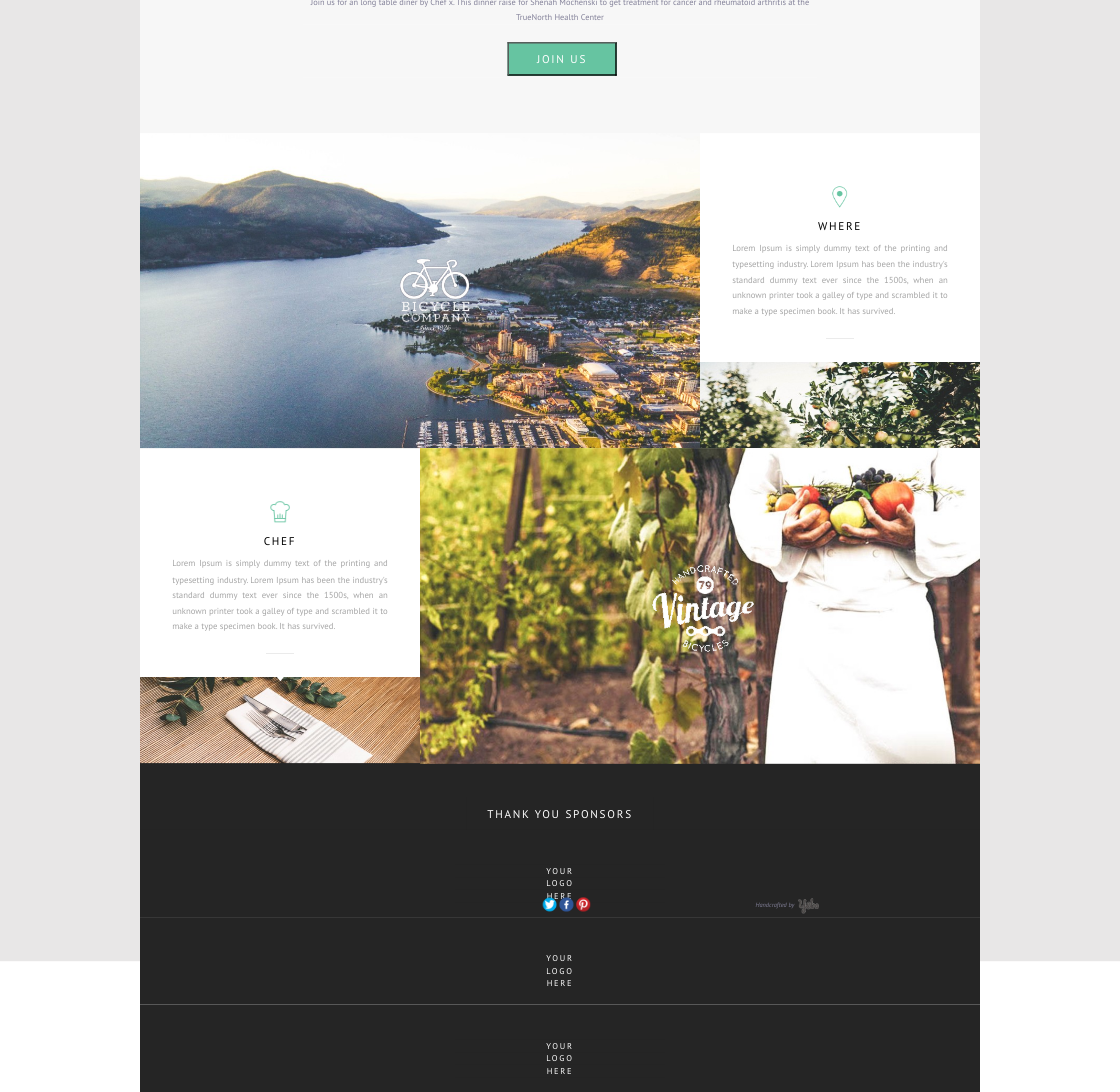
Repository: vancodes/longtable
Page: index.html
These files come from the project's save history. The page is drawn as it stood at one moment and after the next save; the edit follows.
The browser window is 1280 px wide. The page is 1600 px wide, so the pictures cover 1600 px, including what lies to the right of the window. The pictures show the part of the page from y = 983 to 2543 px (the page is 2543 px tall before and 2356 px after), at 70% of full size.

Above is the page before, as saved 2019-04-08 16:05:55.

### index.html
<!DOCTYPE html>
<html>

<head>
  <meta charset="utf-8">
  <link href="index.css" type="text/css" rel="stylesheet">
  <title>Long table</title>
</head>

<body>
  <div class="wrapper">
    <!--Intro Section-->
    <div class="topbar">
      <h1>
      <ul>
        <li><a href="#">About Us</a></li>
    	   <p>.</p>
        <li><a href="#">Info</a></li>
        <li><a href="#"><img src="assets\logo.png" alt="logo"></a></li>
        <li><a href="https://www.gofundme.com/breast-lung-and-melanoma-cancer">Donate</a></li>
    	   <p>.</p>
        <li><a href="#">Contact</a></li>
      </ul>
    </h1>
    </div>
    <div class="hero">
      <img src="assets/cover.jpg" alt="">
    </div>
    <!--Navigation Section-->
    <div class="main" align="center">
      <div class="first">
        <img src="assets\breast-cancer-icon.png" alt="bike chain">
        <h2>Long table dinner fundraiser</h2>
        <h4>When: TBD Kelowna</h4>
        <h4>Where: TBD Summer 2019</h4>
        <p>Join us for an long table diner by Chef x. This dinner raise for Shenah Mochenski to get treatment for cancer and rheumatoid arthritis at the TrueNorth Health Center</p>
        <div class="email-container">
            <button>Join us</button>
          </div>
      </div>
      <!--Image Section-->
      <div class="bike-images">
        <div class="first-container">
          <div class="first-left">
            <div id="bike-logo">
              <img src="assets/bike.png" alt="bike logo">
            </div>
            <div id="logo">
              <img src="assets/bicycle-company-logo.png" alt="company logo">
            </div>
            <div id="vintage-left">
              <img src="assets\bike-1.jpg" alt="bike handle">
            </div>
          </div>
          <div class="first-right">
            <div class="location">
              <img src="assets\location-icon.png" alt="frame icon">
            </div>
            <div id="vintage-text">
              <h3>WHERE</h3>
              <p>Lorem Ipsum is simply dummy text of the printing and typesetting industry. Lorem Ipsum has been the industry's standard dummy text ever since the 1500s, when an unknown printer took a galley of type and scrambled it to make a type specimen
                book. It has survived.</p>
            </div>
            <div class="divider-line"></div>
            <div id="first-vintage-seat">
              <img img src="assets\seat.jpg" alt="bike seat">
            </div>
            <div class="arrow-down"></div>
          </div>
        </div>
        <div class="second-container">
          <div class="second-left">
            <div class="chef">
              <img src="assets\chef-icon.png" alt="chef icon">
            </div>
            <div id="vintage-text">
              <h3>CHEF</h3>
              <p>Lorem Ipsum is simply dummy text of the printing and typesetting industry. Lorem Ipsum has been the industry's standard dummy text ever since the 1500s, when an unknown printer took a galley of type and scrambled it to make a type specimen
                book. It has survived.</p>
            </div>
            <div class="divider-line"></div>
            <div id="second-chef">
              <img src="assets\chef-2.jpg" alt="vintage bike seat">
            </div>
            <div class="arrow-down"></div>
          </div>
          <div class="second-right">
            <div id="vintage-logo">
              <img src="assets\vintage-logo.png" alt="vintage bike logo">
            </div>
            <div id="chef">
              <img src="assets\chef.jpg" alt="chef">
            </div>
          </div>
        </div>
        <!--<div class="retro-container">
          <div class="retro-left">
            <div id="retro-logo">
              <img src="assets/bicycle-logo.png" alt="Since 1962 logo">
            </div>
            <div id="retro-bike">
              <img src="assets\bike-rail.jpg" alt="bike rail">
            </div>
          </div>
          <div class="retro-middle">
            <div class="steering">
              <img src="assets\steering-icon.png" alt="steering icon">
            </div>
            <div id="vintage-text">
              <h3>Retro Bike - M. Hulot</h3>
              <p>Lorem Ipsum is simply dummy text of the printing and typesetting industry. Lorem Ipsum has been the industry's standard dummy text ever since the 1500s, when an unknown printer took a galley of type and scrambled it to make a type specimen
                book. It has survived.</p>
            </div>
            <div class="divider-line"></div>
            <div class="arrow-down"></div>
            <div id="retro-rail">
              <img src="assets\mavic.jpg" alt="vintage bike seat">
            </div>
          </div>
          <div class="retro-right">
            <div id="retro-bike-right">
              <img src="assets\bike-2.jpg" alt="retro bike">
            </div>
          </div>
        </div>
      </div>-->
      <!--Social Section-->
      <!--<div class="main" align="center">
        <div class="last">
          <img src="assets\twitter-icon.png" alt="Twitter icon"><br>
          <span>AOD New York @aod</span>
          <span class="twitter-time"> / 35 min</span >
            <p>Lorem ipsum dolor sit amet, consectetur adipiscing elit. Sed ut tellus ac nulla semper rhoncus. Nullam a odio porttitor, dictum turpis vitae, pretium ante amet.</p>
          </div>
      </div>-->
<!--slider-->
    <!--<div class="slider">
      <span class="dotfirst"></span>
          <span class="dot"></span>
          <span class="dot"></span>
        </div>-->
        <!--Photo Collage-->
        <!--
        <div class="bottom-container">
          <div class="bottom-left">
            <div id="image-one">
              <img src="assets\bottom-image-1.jpg" alt="">
            </div>
            <div id="image-one">
              <img src="assets\bottom-image-2.jpg" alt="">
            </div>
            <div id="brooks-seat">
              <img src="assets\brooks-seat.png" alt="">
            </div>
          </div>
          <div class="bottom-middle">
            <div id="image-three">
              <img src="assets\bottom-image-3.jpg" alt="">
            </div>
            <div id="image-three">
              <img src="assets\bottom-image-4.jpg" alt="">
            </div>
          </div>
          <div class="bottom-right">
            <div id="bottom-bike-logo">
              <img src="assets/bike.png" alt="bike logo">
            </div>
            <div class="bottom-text">
              <p>shop now</p>
            </div>
            <div id="image-five">
              <img src="assets\bottom-image-5.jpg" alt="">
            </div>
            <div id="image-five">
              <img src="assets\bottom-image-6.jpg" alt="">
            </div>
          </div>
        </div> -->
        <div class="discover-container">
          <div class="discover-text">
            <button>Thank You Sponsors</button>
          </div>
          <div class="sponsor-bar">
          <div class="sponsor-logo">
            <p>YOUR</p>
            <p>LOGO</p>
            <p>HERE</p>
          </div>
          <div class="sponsor-logo">
              <p>YOUR</p>
              <p>LOGO</p>
              <p>HERE</p>
            </div>
          <div class="sponsor-logo">
                <p>YOUR</p>
                <p>LOGO</p>
                <p>HERE</p>
           </div>
           </div>
      </div>
        </div>
      </div>
      <div class="main" align="center">
        <div class="footer-container">
          <div class="footer-left">
            <span>AOD New York</span>
            <span class="footer-text">
      <p>2250 Lexington Avenue</p>
      <p>New York, NY 10035 - info@domain.com</p>
      </span >
      </div>
      <div class="footer-middle">
        <img src="assets\twitter.png" alt="twitter icon">
        <img src="assets\facebook.png" alt="facebook icon">
        <img src="assets\pinterest.png" alt="pinterest icon">
      </div>
      <div class="footer-right">
        <span class="footer-right-text">
          <p>Handcrafted by</p>
        </span>
            <img src="assets\yebo-logo.png" alt="yebo logo">
          </div>
        </div>
      </div>
      <!--end-->
    </div>
</body>
</html>

### index.css
/* http://meyerweb.com/eric/tools/css/reset/
   v2.0 | 20110126
   License: none (public domain)
*/

html, body, div, span, applet, object, iframe, h1, h2, h3, h4, h5, h6, p, blockquote, pre, a, abbr, acronym, address, big, cite, code, del, dfn, em, img, ins, kbd, q, s, samp, small, strike, strong, sub, sup, tt, var, b, u, i, center, dl, dt, dd, ol, ul, li, fieldset, form, label, legend, table, caption, tbody, tfoot, thead, tr, th, td, article, aside, canvas, details, embed, figure, figcaption, footer, header, hgroup, menu, nav, output, ruby, section, summary, time, mark, audio, video {
  margin: 0;
  padding: 0;
  border: 0;
  font-size: 100%;
  font: inherit;
  vertical-align: baseline;
}

/* HTML5 display-role reset for older browsers */

article, aside, details, figcaption, figure, footer, header, hgroup, menu, nav, section {
  display: block;
}

body {
  line-height: 1;
}

ol, ul {
  list-style: none;
}

blockquote, q {
  quotes: none;
}

blockquote:before, blockquote:after, q:before, q:after {
  content: '';
  content: none;
}

table {
  border-collapse: collapse;
  border-spacing: 0;
}

/*  fonts */

@font-face {
  font-family: PtSansWebBold;
  src: url(font/pt_sans-web-bold.ttf);
}

@font-face {
  font-family: PtSansWebBoldItalic;
  src: url(font/pt_sans-web-bolditalic.ttf);
}

@font-face {
  font-family: PtSansWebItalic;
  src: url(font/pt_sans-web-italic.ttf);
}

@font-face {
  font-family: PtSansWebRegular;
  src: url(font/pt_sans-web-regular.ttf);
}

body {
  font-family: PtSansWebRegular;
}

h1 {
  font-family: PtSansWebBold;
  font-size: 12px;
  text-transform: uppercase;
  letter-spacing: 2px;
}

h2 {
  font-family: PtSansWebBold;
  letter-spacing: 2.5px;
  text-transform: uppercase;
  text-align: center;
  line-height: 2.5em;
}

h3 {
  font-family: PtSansWebBold;
  letter-spacing: 2.5px;
  text-transform: uppercase;
  text-align: center;
  font-size: 12px;
  line-height: 2.5em;
}

h3 {
  font-family: PtSansWebRegular;
  letter-spacing: 2.5px;
  text-transform: uppercase;
  text-align: center;
  line-height: 2.5em;
  font-size: 16px;
}

h4 {
  font-family: PtSansWebRegular;
  font-size: 13px;
  text-transform: uppercase;
  letter-spacing: 2px;
  line-height: 2.1em;
}


p {
  font-family: PtSansWebRegular;
  font-size: 12px;
  color: #838199;
  text-align: center;
  line-height: 1.8em;
}

.bike-images p {
  font-family: PtSansWebRegular;
  font-size: 12.5px;
  color: #a5a5a5;
  text-align: justify;
  line-height: 1.8em;
}

.last span {
  font-family: PtSansWebBold;
  display: inline;
  font-size: 12px;
  text-align: center;
  line-height: 2.8em;
  letter-spacing: 1.5px;
}

.last .twitter-time {
  font-family: PtSansWebRegular;
  font-size: 12px;
  text-align: center;
  letter-spacing: 1.5px;
  color: #b2b1bd;
  padding-left: 6px;
}

.last p {
  font-family: PtSansWebItalic;
  font-size: 14px;
  color: #838199;
  text-align: center;
  line-height: 1.8em;
  padding: 0 55px;
}

.bottom-text p {
  font-family: PtSansWebRegular;
  letter-spacing: 2.5px;
  text-transform: uppercase;
  text-align: center;
  line-height: 2.5em;
  font-size: 12px;
  color: #fff;
}

.saddle-text p {
  font-family: PtSansWebItalic;
  font-size: 16px;
  text-align: center;
  letter-spacing: 0.5px;
  color: #838199;
  padding-left: 6px;
  margin-bottom: 20px;
}

/*  wrapper */

.wrapper {
  padding: 0 200px;
  width: 1200px;
  margin: 0 auto;
  background-color: #e8e7e7;
}

/* intro section */

.hero img {
  width: 100%;
}

.topbar {
  position: absolute;
  padding: 0px 317px;
  margin-top: 23px;
}

.topbar ul {
  width: 590px;
  margin: 0 auto;
}

.topbar li {
  display: inline-block;
  padding: 0 20px;
  float: left;
  position: relative;
  top: 52px;
  transform: translateY(-50%);
}

.topbar li a {
  text-decoration: none;
  color: #4D4B56;
}

.topbar li a img {
  width: 75px;
}

.hero img {
  vertical-align: bottom;
  width: 100%;
  padding-top: 150px;
  background-color: #F7F7F7
}

.topbar li a:hover {
  text-decoration: none;
  color: #ff000069;
}

.topbar p {
  padding: 0 20px;
  float: left;
  position: relative;
  top: 52px;
  transform: translateY(-50%);
  font-family: PtSansWebBold;
}

/* navigation section */

.main {
  background-color: #F7F7F7
}

.first {
  color: #4D4B56;
  padding: 80px 150px 80px 150px;
  max-width: 736px;
}

.first img {
  padding: 0px 46px;
}

/* bike images */

img {
  padding: 0;
  margin: 0;
}

.bike-images {
  background-color: #FFFF;
  position: relative;
}

.first-container {
  vertical-align: bottom;
  display: table;
}

.first-left {
  width: 800px;
  display: table-cell;
  vertical-align: bottom;
}

.first-right {
  display: table-cell;
  vertical-align: bottom;
  width: 400px;
}

#first-vintage-seat img {
  width: 400px;
  height: 123px;
  float: left;
}

#bike-logo img {
  width: 100px;
  position: absolute;
  margin-top: 179px;
  transform: translatex(-29%);
}

#logo img {
  width: 100px;
  position: absolute;
  margin-top: 240px;
  transform: translateX(-26%);
}

#vintage-left img {
  float: left;
  margin: auto;
  width: 800px;
}

.location img {
  width: 30px;
  margin-bottom: 5px;
}

#vintage-text {
  height: 162px;
  margin-bottom: 18px;
  overflow: hidden;
}

#vintage-text p {
  padding: 0px 46px;
}

.divider-line {
  height: 1px;
  background-color: #e2e2e2;
  margin: 0px 180px 33px;
}

.arrow-down {
  width: 0px;
  height: 0px;
  border-left: 5px solid transparent;
  border-right: 5px solid transparent;
  border-top: 6px solid #FFFF;
  position: absolute;
  transform: translateX(1955%);
}

.second-container {
  vertical-align: bottom;
  display: table;
}

#second-chef img {
  width: 400px;
  height: 123px;
  float: left;
  margin-bottom: -1.6px;
}

.second-left {
  width: 333px;
  display: table-cell;
  vertical-align: bottom;
}

.chef img {
  width: 30px;
  margin-bottom: 5px;
}

#chef img {
  float: right;
  width: 800px;
  vertical-align: bottom;
  margin-bottom: -2px;
}

.second-right {
  display: table-cell;
  vertical-align: bottom;
  width: 656px;
}

#vintage-logo img {
  width: 145px;
  position: absolute;
  margin-top: 167px;
  transform: translateX(-47%);
}

.retro-container {
  vertical-align: bottom;
  display: table;
}

.retro-left {
  display: table-cell;
  vertical-align: bottom;
  width: 333px;
}

.retro-middle {
  width: 400px;
  display: table-cell;
  vertical-align: bottom;
}

.retro-right {
  display: table-cell;
  vertical-align: bottom;
  width: 400px;
}

#retro-logo img {
  width: 160px;
  position: absolute;
  margin-top: 197px;
  transform: translateX(-50%);
}

#retro-bike img {
  float: right;
  width: 400px;
  vertical-align: bottom;
}

#retro-bike-right img {
  float: right;
  width: 400px;
  vertical-align: bottom;
}

.steering img {
  height: 30px;
  margin-bottom: 5px;
}

#retro-rail img {
  width: 400px;
  height: 123px;
  vertical-align: bottom;
}

.bottom-container {
  vertical-align: bottom;
  display: table;
  margin-top: 14px;
}

.bottom-left {
  display: table-cell;
  vertical-align: bottom;
  width: 400px;
}

.bottom-middle {
  display: table-cell;
  vertical-align: bottom;
  width: 400px;
}

.bottom-right {
  display: table-cell;
  vertical-align: bottom;
  width: 400px;
}

#image-one img {
  float: left;
  width: 200px;
  vertical-align: bottom;
  max-height: 199px;
}

#brooks-seat img {
  float: left;
  width: 400px;
  vertical-align: bottom;
}

#image-three img {
  float: left;
  width: 200px;
  vertical-align: bottom;
}

#image-five img {
  float: left;
  width: 400px;
  vertical-align: bottom;
  margin-top: -1px;
}

#bottom-bike-logo img {
  width: 50px;
  position: absolute;
  margin-top: 79px;
  transform: translatex(-57%);
}

.bottom-text {
  position: absolute;
  padding: 0px -4px;
  margin-top: 108px;
  width: 400px;
}

/* twitter-last section */

.last {
  padding: 80px 150px 50px 150px;
  max-width: 736px;
}

.last img {
  width: 25px;
  padding-bottom: 15px;
}

.noBorder {
  border: 0;
}

/* slider */

.dotfirst {
  width: 0.50rem;
  height: 0.50rem;
  background-color: #ADB2B6;
  border-radius: 50%;
  display: inline-block;
}

.dot {
  width: 0.40rem;
  height: 0.40rem;
  border-radius: #ADB2B6;
  background-color: #FFF;
  border-radius: 50%;
  border: 1px solid #ADB2B6;
  display: inline-block;
  -moz-border-radius: 50%;
  -webkit-border-radius: 50
}

.slider {
  color: #4D4B56;
  padding: 0px 0px 30px 0px;
  max-width: 736px;
}

/* last section */

.discover-container {
  background-color: #252525;
  height: 75px;
  padding-top: 50px;
}

.discover-text button {
  border: none;
  padding: 3px 30px;
  margin: 0 450px;
  font-family: PtSansWebRegular;
  letter-spacing: 2.5px;
  text-transform: uppercase;
  text-align: center;
  line-height: 2.5em;
  font-size: 16px;
  color: #fff;
  background-color: #252525;
}
.sponsor-logo {
  background-color: #252525;
  height: 75px;
  padding-top: 50px;
}

  .sponsor-logo p {
  border: none;
  padding: 3px 30px;
  margin: 0 450px;
  font-family: PtSansWebRegular;
  letter-spacing: 2.5px;
  text-transform: uppercase;
  text-align: center;
  line-height: 1em;
  font-size: 12px;
  color: #fff;
  background-color: #252525;
}

.discover-text button {
  border: none;
  padding: 3px 30px;
  margin: 0 450px;
  font-family: PtSansWebRegular;
  letter-spacing: 2.5px;
  text-transform: uppercase;
  text-align: center;
  line-height: 2.5em;
  font-size: 16px;
  color: #fff;
  background-color: #252525;
}

.email-container {
  background-color: #f7f7f7;
  padding: 25px 150px 50px 0px;
}

.email-container img {
  width: 65px;
  padding: 10px 420px;
}

input {
  border: 1px solid #e8e7e7;
  padding: 5px 30px;
  margin: 3px 255px;
  position: absolute;
  padding: 9px 109px 9px 20px;
  font-family: PtSansWebItalic;
  font-size: 14px;
  color: #e8e7e7;
  text-align: center;
  line-height: 1.8em;
  text-align: left;
}

.email-container button {
  margin: 0px;
  position: absolute;
  background-color: #66c4a1;
  padding: 2px 40px;
  font-family: PtSansWebRegular;
  letter-spacing: 2.5px;
  text-transform: uppercase;
  text-align: center;
  line-height: 2.5em;
  font-size: 16px;
  color: #fff;
}

.email-container button:hover {
  background-color: #fff;
  color: #66c4a1;
  box-shadow: none;
  transform: none;
  transition: 0.1s ease-in-out;
}

.footer-container {
  background-color: #f7f7f7;
  padding: 50px 150px;
  display: table
}

.footer-left {
  display: table-cell;
  width: 400px;
  text-align: left;
}

.footer-left span {
  font-size: 10px;
  color: #838199;
  font-weight: bold;
}

.footer-text p {
  font-family: PtSansWebItalic;
  font-size: 9px;
  color: #838199;
  line-height: 1.4em;
  text-align: left;
}

.footer-middle {
  display: table-cell;
  width: 400px;
  transform: translateX(33%);
  vertical-align: middle;
}

.footer-middle img {
  width: 20px;
}

.footer-right {
  width: 400px;
}

.footer-right-text p {
  font-family: PtSansWebItalic;
  font-size: 9px;
  color: #838199;
  line-height: 1.4em;
  margin-top: 23px;
  width: 60px;
  transform: translateX(95%);
}

.footer-right img {
  width: 30px;
  transform: translateX(300%);
  padding-top: 0px;
  margin-top: -16px;
  position: absolute;
}

After the next save:
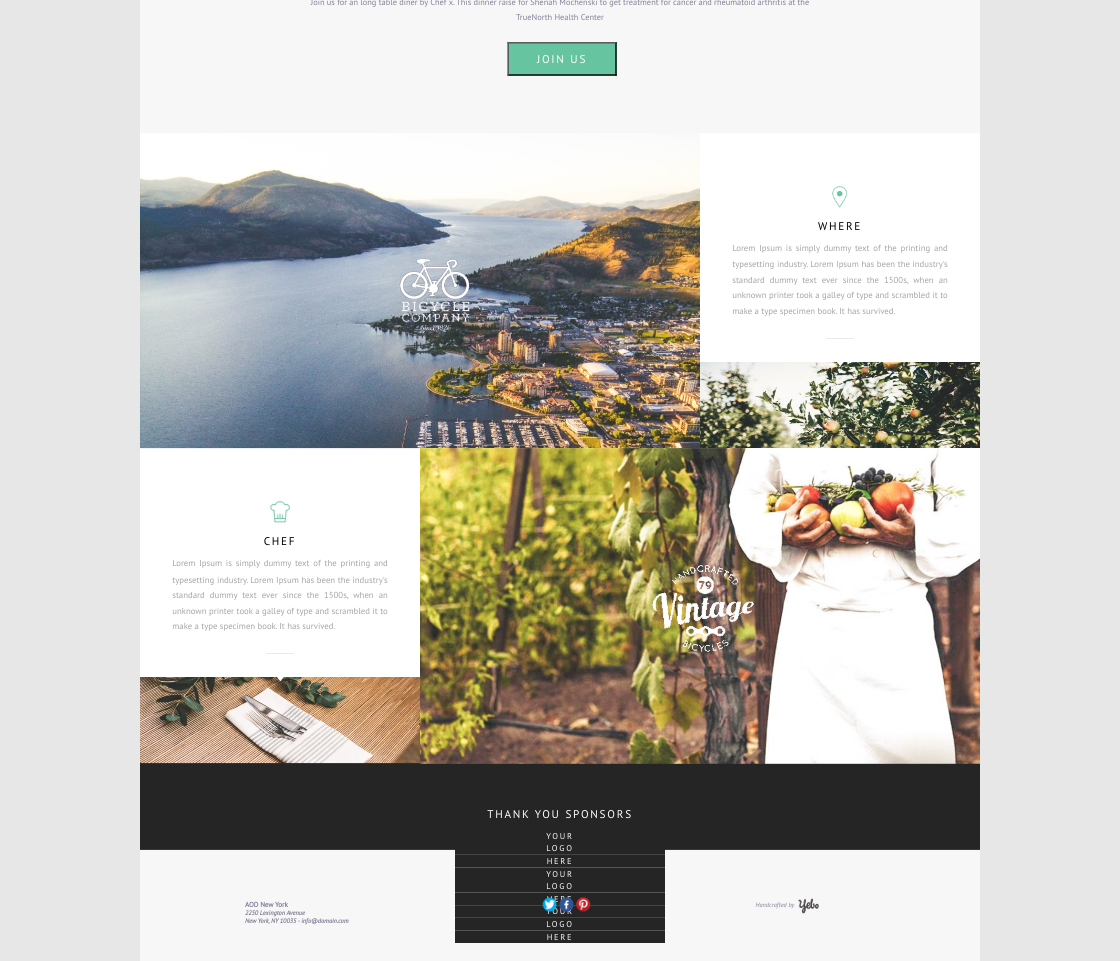
Saved 14 s later.
--- a/index.css
+++ b/index.css
@@ -564,9 +564,7 @@ img {
   background-color: #252525;
 }
 .sponsor-logo {
-  background-color: #252525;
-  height: 75px;
-  padding-top: 50px;
+
 }
 
   .sponsor-logo p {
